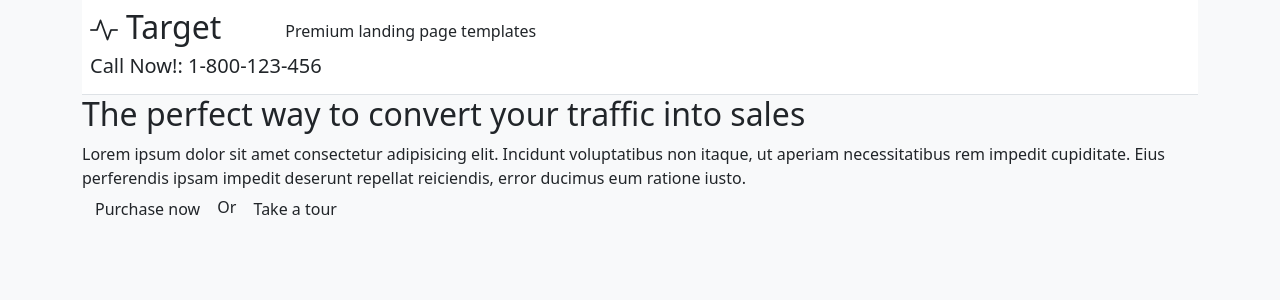
Repository: lyvandat/dh---bootstrap1
Page: index.html
The author's editor kept a copy of each file at every save. The page is drawn from the files as they stood at one save, then again after the next save.
The browser window is 1280 px wide. The pictures show the whole page.
Some web libraries are served in a nearby version.

Above is the page before, as saved 2022-11-01 20:00:28.

After the next save:
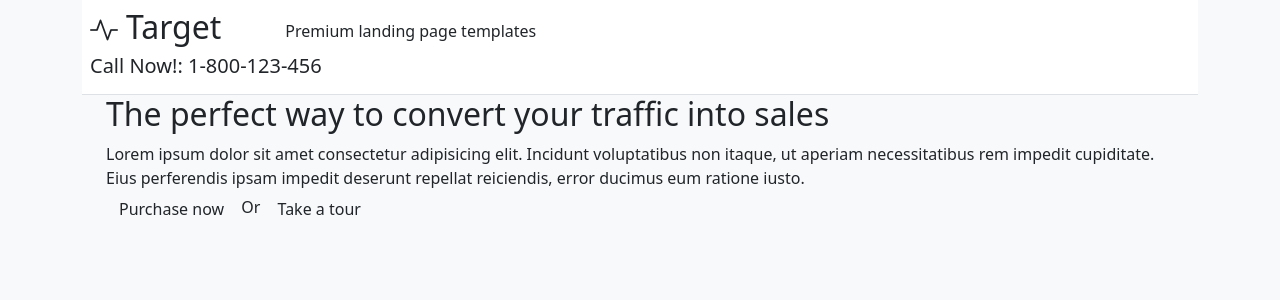
Saved 17 s later.
--- a/index.html
+++ b/index.html
@@ -40,7 +40,7 @@
       </section>
 
       <!-- intro -->
-      <section>
+      <section class="px-4">
         <div>
           <h2>The perfect way to convert your traffic into sales</h2>
           <article>
